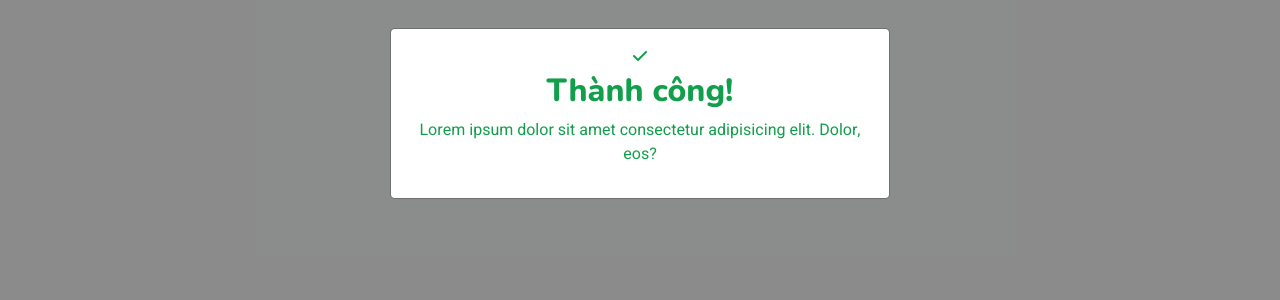
Repository: Dangtrinh28/thuymoc
Page: bookingSuccess.html
These files come from the project's save history. The page is drawn as it stood at one moment and after the next save; the edit follows.
The browser window is 1280 px wide. The pictures show the whole page.
Some web libraries are served in a nearby version.

Above is the page before, as saved 2022-11-25 04:09:34.

### bookingSuccess.html
<!DOCTYPE html>
<html lang="en">

<head>
    <meta charset="UTF-8">
    <meta http-equiv="X-UA-Compatible" content="IE=edge">
    <meta name="viewport" content="width=device-width, initial-scale=1.0">

    <!-- google font link -->
    <link rel="preconnect" href="https://fonts.googleapis.com">
    <link rel="preconnect" href="https://fonts.gstatic.com" crossorigin>
    <link
        href="https://fonts.googleapis.com/css2?family=Heebo:wght@400;500;600&family=Nunito:wght@600;700;800&family=Pacifico&display=swap"
        rel="stylesheet">

    <!-- Icon link -->
    <link rel="stylesheet" href="./assets/font/fontawesome/css/all.min.css">
    <link href="https://cdnjs.cloudflare.com/ajax/libs/font-awesome/5.10.0/css/all.min.css" rel="stylesheet">
    <link href="https://cdn.jsdelivr.net/npm/bootstrap-icons@1.4.1/font/bootstrap-icons.css" rel="stylesheet">

    <!-- link lib -->
    <link rel="stylesheet" href="./assets/lib/animate/animate.min.css">
    <link rel="stylesheet" href="./assets/lib/owlcarousel/assets/owl.carousel.min.css">
    <link rel="stylesheet" href="./assets/lib/tempusdominus/css/tempusdominus-bootstrap-4.min.css">

    <!-- link bootstraps custom  -->
    <link href="./assets/css/bootstrap.css" rel="stylesheet">

    <!-- link custom -->
    <link rel="stylesheet" href="./assets/css/index.css">
    <!-- link custom end-->
    <link rel="icon" type="image/x-icon"
        href="https://scontent.fsgn2-4.fna.fbcdn.net/v/t39.30808-6/301127842_1060078351356985_3224039168656005356_n.jpg?_nc_cat=101&ccb=1-7&_nc_sid=09cbfe&_nc_ohc=boITfAPyxDEAX8ESDnk&_nc_ht=scontent.fsgn2-4.fna&oh=00_AfCC23TquV2izwz9e55nnw0-pZBRnxj3js4zwfv7_lGcQQ&oe=63633C5B">
        <title>Thủy Mộc Restaurant</title>

</head>
<body>
    <div class="container" >
        <div class="modal" style="display: block; background-color: rgba(128, 128, 128,0.9);">
            <div class="modal-dialog">
                <div class="modal-content">
                    <div class="modal-body text-primary text-center">
                        <i class="modal-body-icon  fa-solid fa-check mb-2"></i>
                        <h2 class="text-primary">Thành công!</h2>
                        <p>Lorem ipsum dolor sit amet consectetur adipisicing elit. Dolor, eos?</p>
                    </div>
                </div>
            </div>
        </div>
    </div>





    <script src="https://code.jquery.com/jquery-3.4.1.min.js"></script>
    <script src="https://cdn.jsdelivr.net/npm/bootstrap@5.0.2/dist/js/bootstrap.bundle.min.js"></script>
    <script src="https://smtpjs.com/v3/smtp.js"></script>
    <script src="./assets/lib/wow/wow.min.js"></script>
    <script src="./assets/lib/easing/easing.min.js"></script>
    <script src="./assets/lib/waypoints/waypoints.min.js"></script>
    <script src="./assets/lib/counterup/counterup.min.js"></script>
    <script src="./assets/lib/owlcarousel/owl.carousel.min.js"></script>
    <script src="./assets/js/index.js"></script>
</body>
</html>

### assets/css/index.css
:root {
  --primary: ;
}

/* base css */
.hero-header {
  background: linear-gradient(rgba(15, 23, 43, 0.9), rgba(15, 23, 43, 0.9)),
    url(../img/banner/banner2.png);
  background-position: center center;
  background-repeat: no-repeat;
  background-size: cover;
}

.btn {
  font-family: "Nunito", sans-serif;
  font-weight: 500;
  text-transform: uppercase;
  transition: 0.5s;
}

.btn-primary,
.btn-secondary {
  color: var(--bs-white);
}

.product-img {
  width: 100%;
  height: 216px;
  background-position: center;
  background-repeat: no-repeat;
  background-size: cover;
}

/* đặt bàn online */
.video {
  position: relative;
  height: 100%;
  min-height: 500px;
  background: linear-gradient(rgba(15, 23, 43, 0.1), rgba(15, 23, 43, 0.1)),
    url(../img/booking/booking.png);
  background-position: center center;
  background-repeat: no-repeat;
  background-size: cover;
}

.video .btn-play {
  position: absolute;
  z-index: 3;
  top: 50%;
  left: 50%;
  transform: translate(-50%);
  box-sizing: content-box;
  display: block;
  width: 32px;
  height: 44px;
  border-radius: 50%;
  border: none;
  outline: none;
  padding: 18px 20px 18px 28px;
}

.video .btn-play::before {
  content: "";
  position: absolute;
  z-index: 0;
  top: 50%;
  left: 50%;
  transform: translateX(-50%) translateY(-50%);
  display: block;
  width: 100px;
  height: 100px;
  background: var(--bs-primary);
  border-radius: 50%;
  animation: pulse-border 1500ms ease-out infinite;
}

.video .btn-play::after {
  content: "";
  position: absolute;
  z-index: 1;
  left: 50%;
  top: 50%;
  transform: translateX(-50%) translateY(-50%);
  display: block;
  width: 100px;
  height: 100px;
  background: var(--primary);
  border-radius: 50%;
  transition: all 200ms;
}

.video .btn-play img {
  position: relative;
  z-index: 3;
  max-width: 100%;
  width: auto;
  height: auto;
}

.video .btn-play span {
  display: block;
  position: relative;
  z-index: 3;
  width: 0;
  height: 0;
  border-left: 32px solid var(--bs-dark);
  border-top: 22px solid transparent;
  border-bottom: 22px solid transparent;
}

@keyframes pulse-border {
  0% {
    transform: translateX(-50%) translateY(-50%) translateZ(0) scale(1);
    opacity: 1;
  }
  100% {
    transform: translateX(-50%) translateY(-50%) translateZ(0) scale(1.5);
    opacity: 0;
  }
}

/* team */
.w-65 {
  width: 65% !important;
}

/* feedback */
.testimonial-carousel .owl-item.center .testimonial-item {
  background: var(--bs-primary) !important;
  border-color: var(--bs-primary) !important;
}

.testimonial-carousel .owl-item.center .testimonial-item * {
  color: var(--bs-light);
}

.testimonial-carousel .owl-dots {
  margin-top: 24px;
  display: flex;
  align-items: flex-end;
  justify-content: center;
}

.testimonial-carousel .owl-dot {
  position: relative;
  display: inline-block;
  margin: 0 5px;
  width: 15px;
  height: 15px;
  border: 1px solid #ccc;
  border-radius: 15px;
  transition: 0.5s;
}

.testimonial-carousel .owl-dot.active {
  background: var(--bs-primary);
  border-color: var(--bs-primary);
}

.text__height-hiden {
  height: 120px;
  overflow: hidden;
  display: -webkit-box;
  -webkit-box-orient: vertical;
  -webkit-line-clamp: 5;
}

/* footer */
.footer .copyright {
  padding: 25px 0;
  font-size: 15px;
  border-top: 1px solid rgba(256, 256, 256, 0.1);
}

.footer .copyright a {
  color: var(--bs-light);
}

.footer .footer-menu a {
  margin-right: 15px;
  padding-right: 15px;
  border-right: 1px solid rgba(256, 256, 256, 0.1);
}

.back-to-top {
  position: fixed;
  display: none;
  right: 45px;
  bottom: 45px;
  z-index: 99;
}

/* success */
.modal-body-icon {

}

/* navbar */
.navbar-dark .navbar-nav .nav-link {
  position: relative;
  margin-left: 25px;
  padding: 15px 0;
  font-size: 15px;
  color: var(--bs-light) !important;
  text-transform: uppercase;
  font-weight: 500;
  outline: none;
  transition: 0.5s;
}

@media (min-width: 992px) {
  .navbar-dark {
    position: absolute;
    width: 100%;
    top: 0;
    left: 0;
    z-index: 999;
    background: transparent !important;
  }
}

.text-featured {
  font-size: 16px;
  line-height: 1.6;
  padding: 20px;
}

.text-featured::first-letter {
  font-size: 30px;
  line-height: 30px;
  float: left;
  display: block;
}

@media (max-width: 992px)  {
  .navbar-dark .navbar-nav .nav-link {
    margin: 0;
  }
}

### assets/js/index.js
(function ($) {
  "use strict";

  // wow js
  new WOW().init();

  //counter-up
  $('[data-toggle="counter-up"]').counterUp({
    delay: 10,
    time: 2000,
  });

  $(window).scroll(function () {
    if ($(this).scrollTop() > 45) {
      $(".navbar").addClass("sticky-top shadow-sm");
    } else {
      $(".navbar").removeClass("sticky-top shadow-sm");
    }
  });

  $(document).ready(function () {
    var $videoSrc;
    $(".btn-play").click(function () {
      $videoSrc = $(this).data("src");
    });
    console.log($videoSrc);

    $("#videoModal").on("shown.bs.modal", function (e) {
      $("#video").attr(
        "src",
        $videoSrc + "?autoplay=1&amp;modestbranding=1&amp;showinfo=0"
      );
    });

    $("#videoModal").on("hide.bs.modal", function (e) {
      $("#video").attr("src", $videoSrc);
    });
  });

  // testimonial-carousel
  $(".testimonial-carousel").owlCarousel({
    autoplay: true,
    smartSpeed: 1500,
    center: true,
    margin: 24,
    dots: true,
    loop: true,
    nav: false,
    responsive: {
      0: {
        items: 1,
      },
      768: {
        items: 2,
      },
      992: {
        item: 3,
      },
    },
  });
  //
  $(window).scroll(function () {
    if ($(this).scrollTop() > 300) {
      $(".back-to-top").fadeIn("slow");
    } else {
      $(".back-to-top").fadeOut("slow");
    }
  });

  $(".back-to-top").click(function () {
    $("html, body").animate({ scrollTop: 0 }, 100, "easeInOutExpo");
    return false;
  });
})(jQuery);

    // pass xcliahnbanukicoz

function sendEmail() {
  let useNames = document.getElementById("names").value;
  let numberPhone = document.getElementById("numberPhone").value;
  let email = document.getElementById("email").value;
  let qualitys = document.getElementById("qualitys").value;
  let times = document.getElementById("times").value;
  let date = document.getElementById("date").value;
  let messages = document.getElementById("messages").value;
  let body = "Tên khách hàng:" + useNames + "<br/> Số điện thoại: " + numberPhone + "<br/> Tên gmail của quý khách: " + email + "<br/> Số lượng khách hàng: " + qualitys + "<br/> Thời gian đến: " + times + "<br/> Ngày đến: " + date + "<br/> Yêu cầu của quý khách: " + messages ;


  Email.send({
    // SMTPport: 2525,
    Host : "smtp.elasticemail.com",
    Username : "nguyencaodangtrinhtv3@gmail.com",
    Password : "B2145E9AB344FD4C1D449007775D22DCDDA7",
    To : 'dtrinhit04@gmail.com',
    From : "nguyencaodangtrinhtv3@gmail.com",
    Subject : "Đặt bàn online tại Thủy Mộc for web",
    Body : body,
}).then(
  message => alert(message)
);
}

Loaded but not shown: assets/font/fontawesome/css/all.min.css (library); assets/lib/animate/animate.min.css (library); assets/lib/owlcarousel/assets/owl.carousel.min.css (common file); assets/lib/tempusdominus/css/tempusdominus-bootstrap-4.min.css (library); assets/css/bootstrap.css (library); assets/lib/wow/wow.min.js (library); assets/lib/easing/easing.min.js (common file); assets/lib/waypoints/waypoints.min.js (library); assets/lib/counterup/counterup.min.js (common file); assets/lib/owlcarousel/owl.carousel.min.js (library)

After the next save:
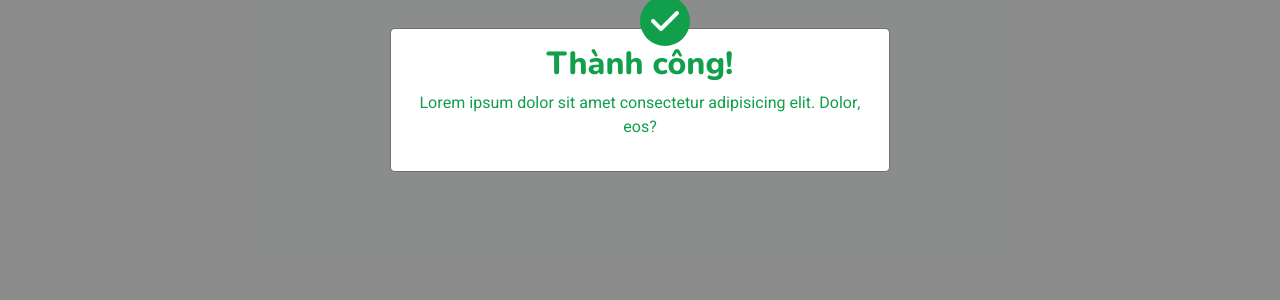
Saved 2 min 56 s later.
--- a/assets/css/index.css
+++ b/assets/css/index.css
@@ -192,7 +192,16 @@
 
 /* success */
 .modal-body-icon {
-
+  position: absolute;
+  font-size: 2rem;
+  background: text-primary;
+  width: 50px;
+  height: 50px;
+  background: var(--bs-primary);
+  color: var(--bs-white);
+  border-radius: 50%;
+  line-height: 50px;
+  top: -33px;
 }
 
 /* navbar */
